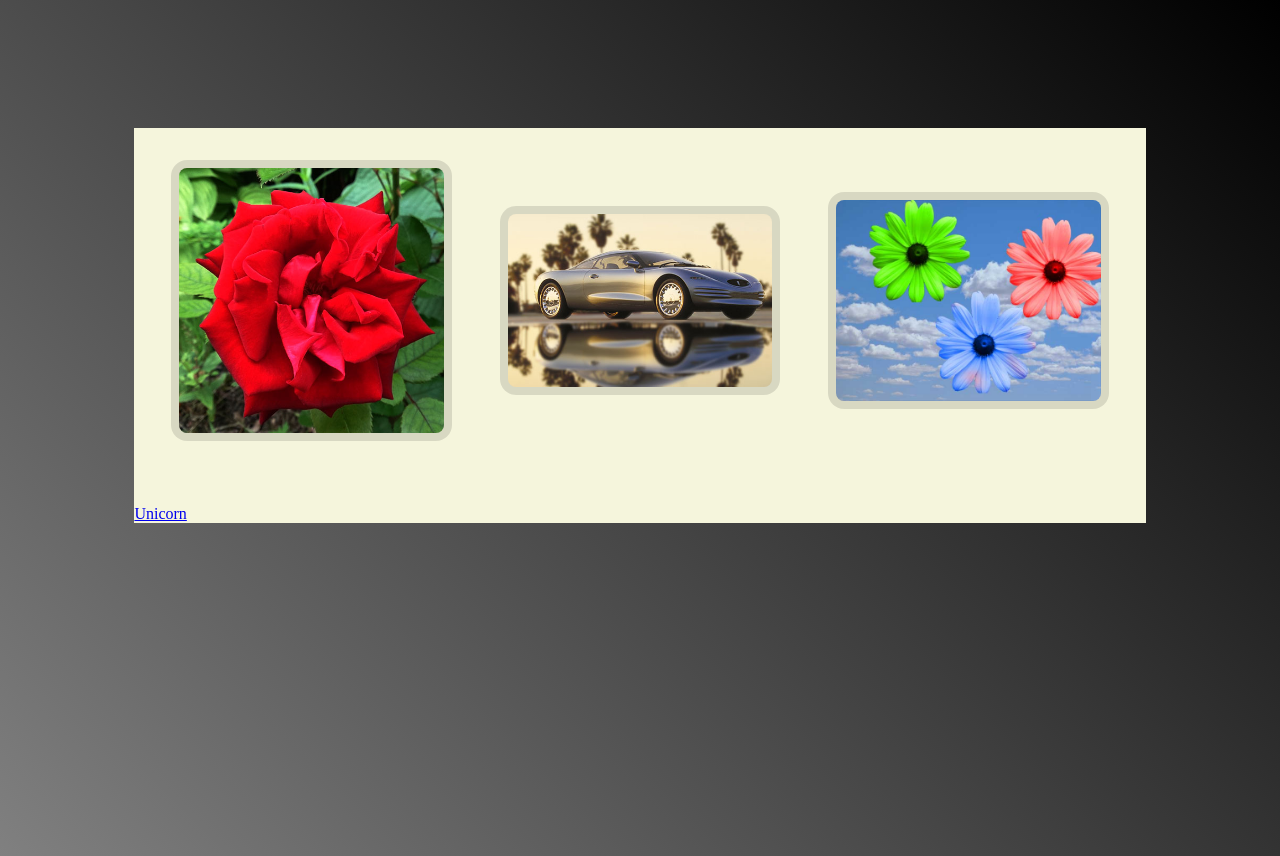
Repository: ViggoSkj/VGY
Page: ovningar/photoshopovning/photoshopovning.html
An editor plug-in stored every save of this project. The page is shown before and after the next save, followed by the edit.
The browser window is 1280 px wide. The pictures show the whole page.

Above is the page before, as saved 2022-11-27 12:10:43.

### ovningar/photoshopovning/photoshopovning.html
<!DOCTYPE html>
<html lang="en">
    <head>
        <meta charset="UTF-8">
        <meta http-equiv="X-UA-Compatible" content="IE=edge">
        <meta name="viewport" content="width=device-width, initial-scale=1.0">
        <title>Document</title>
        <link rel="stylesheet" href="public/css/style.css">
    </head>
    <body class="photoshopovningar">
        <div class="container">
            <div class="images">
                <img src="public/images/ros_edited.jpg" alt="ros">
                <img src="public/images/bil_edited.jpg" alt="bil">
                <img src="public/images/sky_and_flower.jpg" alt="1 röd, 1, blå och 1 grönn blomma på en himmel">
            </div>

            <div id="myfooter">
                <a href="https://validator.w3.org/unicorn/check?ucn_uri=labb.vgy.se/~viggosg/ovningar/photoshopovningar.html&ucn_task=conformance">Unicorn</a>
             </div>
        </div>
    </body>
</html>

### ovningar/photoshopovning/public/css/style.css
body
{
    background-image: linear-gradient(45deg, gray, black);
    height: 100vh;
}

.container
{
    background-color: beige;
    margin: auto;
    margin-top: 8em;
    width: 80%;
}

img
{

    width: 30%;
    border-radius: 1em;
    padding: 0.5em;
    background-color: rgba(0, 0, 0, 0.116);
}

.images
{
    display: flex;
    justify-content: center;
    gap: 3em;
    align-items: center;
    padding: 2em;
    margin: 2em;
}

After the next save:
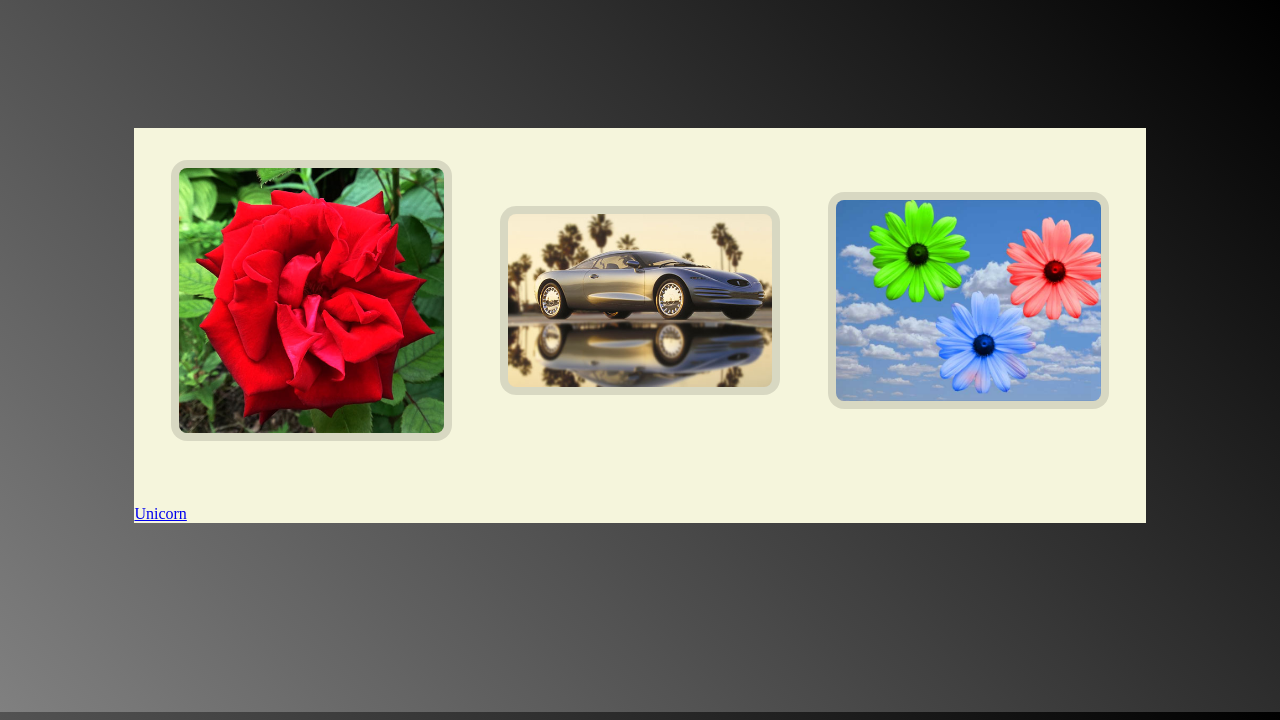
Saved 11 s later.
--- a/ovningar/photoshopovning/public/css/style.css
+++ b/ovningar/photoshopovning/public/css/style.css
@@ -1,7 +1,7 @@
 body
 {
     background-image: linear-gradient(45deg, gray, black);
-    height: 100vh;
+    height: 80vh;
 }
 
 .container

After the save that followed:
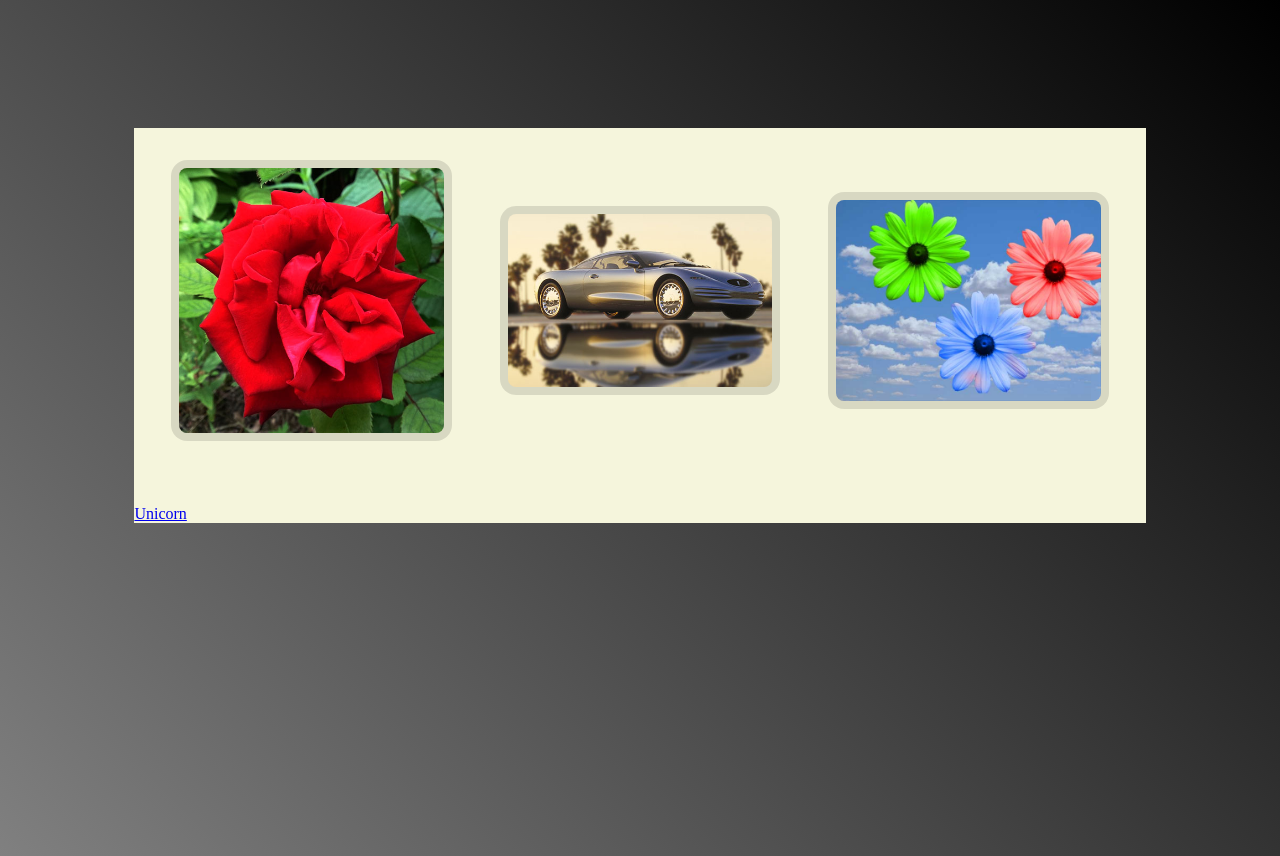
Saved 7 s later.
--- a/ovningar/photoshopovning/public/css/style.css
+++ b/ovningar/photoshopovning/public/css/style.css
@@ -1,7 +1,7 @@
 body
 {
     background-image: linear-gradient(45deg, gray, black);
-    height: 80vh;
+    height: 100vh;
 }
 
 .container
